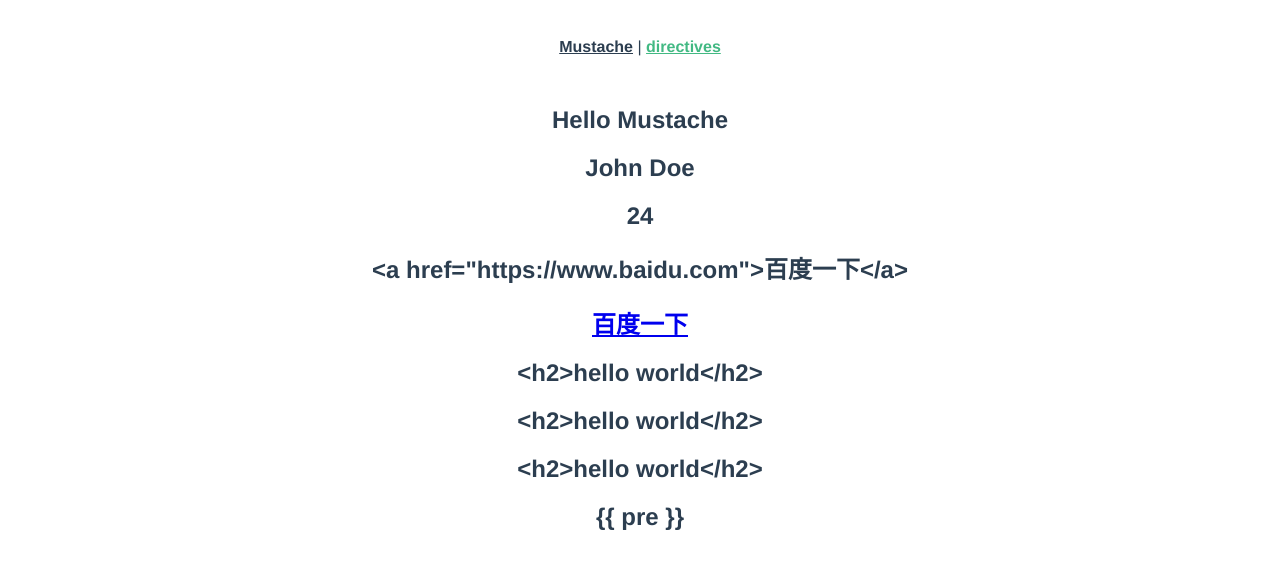
Repository: yeyanghui0616/my-vue2-learning
Page: /directives
These files come from the project's save history. The page is drawn as it stood at one moment and after a run of saves; the edit follows.
The browser window is 1280 px wide. The pictures show the whole page.
The project was rebuilt for these pictures with package versions that can differ from the ones it lists, and the page was loaded fresh each time. Also part of the build but not shown: src/views/Mustache.vue.

Above is the page before, as saved 2023-08-30 21:21:34.

### src/App.vue
<template>
	<div id="app">
		<div id="nav">
			<router-link to="/">Mustache</router-link> |
			<router-link to="/directives">directives</router-link>
		</div>
		<router-view />
	</div>
</template>

<style lang="scss">
#app {
	font-family: Avenir, Helvetica, Arial, sans-serif;
	-webkit-font-smoothing: antialiased;
	-moz-osx-font-smoothing: grayscale;
	text-align: center;
	color: #2c3e50;
}

#nav {
	padding: 30px;

	a {
		font-weight: bold;
		color: #2c3e50;

		&.router-link-exact-active {
			color: #42b983;
		}
	}
}
</style>

### src/router/index.js
import Vue from "vue";
import VueRouter from "vue-router";
import Mustache from "../views/Mustache.vue";

Vue.use(VueRouter);

const routes = [
	{
		path: "/",
		name: "Mustache",
		component: Mustache,
	},
	{
		path: "/directives",
		name: "directives",
		component: () => import("../views/directives.vue"),
	},
];

const router = new VueRouter({
	mode: "history",
	base: process.env.BASE_URL,
	routes,
});

export default router;

### src/views/directives.vue
<template>
	<div>
		<!-- TODO Mustache -->
		<h2>Hello {{ name }}</h2>
		<h2>{{ firstName }} {{ lastName }}</h2>
		<h2>{{ counter * 2 }}</h2>
		<!-- TODO v-html -->
		<h2>{{ link }}</h2>
		<h2 v-html="link"></h2>
		<!-- TODO v-text, 和mustache一样 -->
		<h2>{{ message }}</h2>
		<h2 v-text="message"></h2>
		<!-- TODO v-pre -->
		<h2>{{ pre }}</h2>
		<h2 v-pre>{{ pre }}</h2>
	</div>
</template>

<script>
export default {
	data() {
		return {
			name: "Mustache",
			firstName: "John",
			lastName: "Doe",
			counter: 12,
			link: '<a href="https://www.baidu.com">百度一下</a>',
			message: "<h2>hello world</h2>",
			pre: "<h2>hello world</h2>",
		};
	},

	methods: {},
};
</script>

<style lang="scss"></style>

Loaded but not shown: public/index.html (common file); src/main.js (common file); src/store/index.js (common file)

After the next 2 saves:
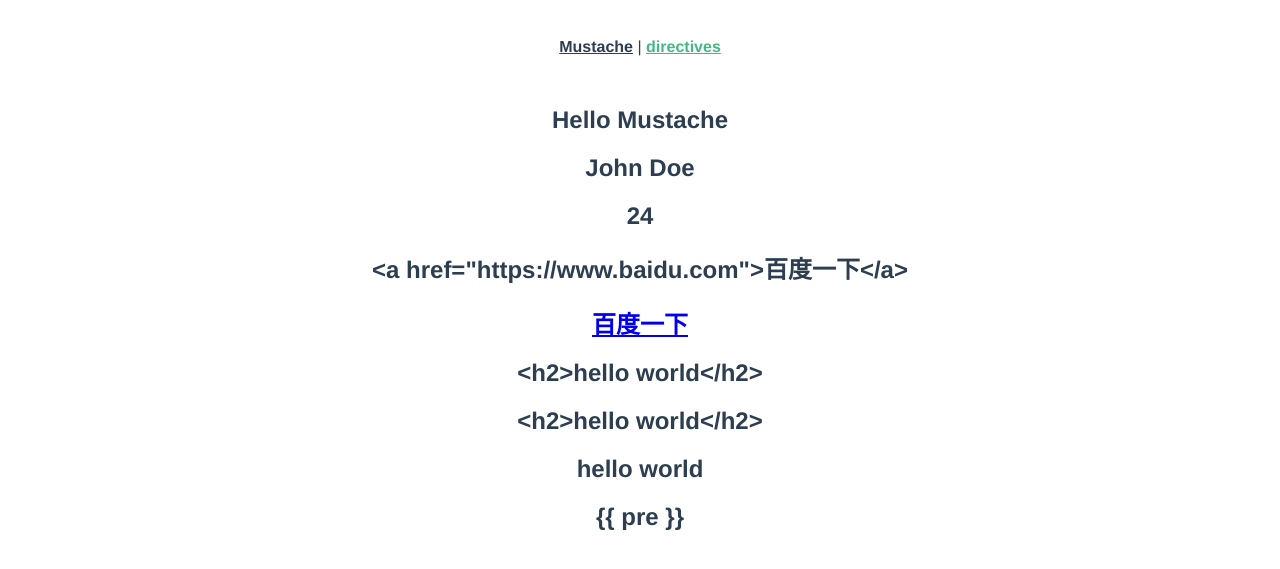
The 2 saves are shown as one change because they came seconds apart.
The last was saved 6 s later.
--- a/src/views/directives.vue
+++ b/src/views/directives.vue
@@ -26,7 +26,7 @@ export default {
 			counter: 12,
 			link: '<a href="https://www.baidu.com">百度一下</a>',
 			message: "<h2>hello world</h2>",
-			pre: "<h2>hello world</h2>",
+			pre: "hello world",
 		};
 	},
 
